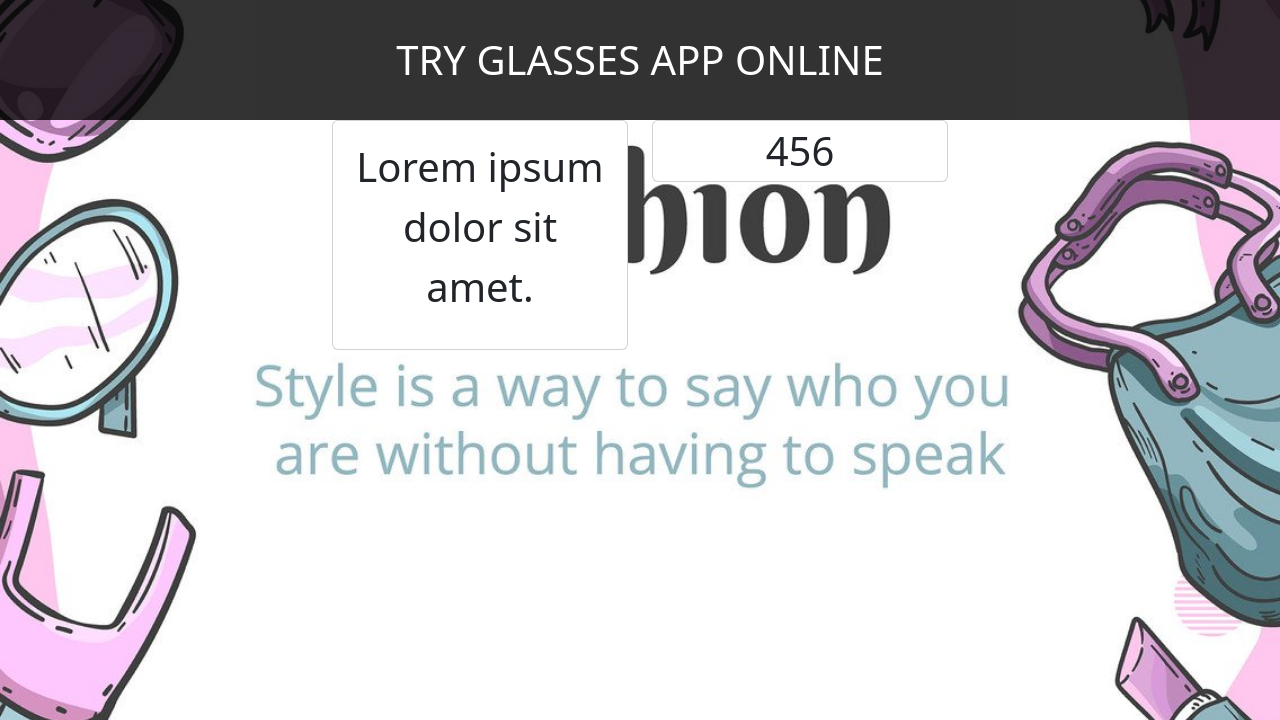
Repository: akira17518/React_JS_Glasses
Page: /
These files come from the project's save history. The page is drawn as it stood at one moment and after a run of saves; the edit follows.
The browser window is 1280 px wide. The pictures show the whole page.
The project was rebuilt for these pictures with package versions that can differ from the ones it lists, and the page was loaded fresh each time.

Above is the page before, as saved 2023-05-10 10:16:46.

### public/index.html
<!DOCTYPE html>
<html lang="en">

<head>
  <meta charset="utf-8" />
  <link rel="icon" href="%PUBLIC_URL%/favicon.ico" />
  <meta name="viewport" content="width=device-width, initial-scale=1" />
  <meta name="theme-color" content="#000000" />
  <meta name="description" content="Web site created using create-react-app" />
  <link rel="apple-touch-icon" href="%PUBLIC_URL%/logo192.png" />
  <!--
      manifest.json provides metadata used when your web app is installed on a
      user's mobile device or desktop. See https://developers.google.com/web/fundamentals/web-app-manifest/
    -->
  <link rel="manifest" href="%PUBLIC_URL%/manifest.json" />
  <link href="https://cdn.jsdelivr.net/npm/bootstrap@5.3.0-alpha3/dist/css/bootstrap.min.css" rel="stylesheet"
    integrity="sha384-KK94CHFLLe+nY2dmCWGMq91rCGa5gtU4mk92HdvYe+M/SXH301p5ILy+dN9+nJOZ" crossorigin="anonymous">
  <!--
      Notice the use of %PUBLIC_URL% in the tags above.
      It will be replaced with the URL of the `public` folder during the build.
      Only files inside the `public` folder can be referenced from the HTML.

      Unlike "/favicon.ico" or "favicon.ico", "%PUBLIC_URL%/favicon.ico" will
      work correctly both with client-side routing and a non-root public URL.
      Learn how to configure a non-root public URL by running `npm run build`.
    -->
  <title>React App</title>
</head>

<body class="">
  <noscript>You need to enable JavaScript to run this app.</noscript>
  <div id="root"></div>
  <!--
      This HTML file is a template.
      If you open it directly in the browser, you will see an empty page.

      You can add webfonts, meta tags, or analytics to this file.
      The build step will place the bundled scripts into the <body> tag.

      To begin the development, run `npm start` or `yarn start`.
      To create a production bundle, use `npm run build` or `yarn build`.
    -->
  <script src="https://cdn.jsdelivr.net/npm/bootstrap@5.3.0-alpha3/dist/js/bootstrap.bundle.min.js"
    integrity="sha384-ENjdO4Dr2bkBIFxQpeoTz1HIcje39Wm4jDKdf19U8gI4ddQ3GYNS7NTKfAdVQSZe"
    crossorigin="anonymous"></script>
</body>

</html>

### src/index.js
import React from 'react';
import ReactDOM from 'react-dom/client';
import App from './App';

const root = ReactDOM.createRoot(document.getElementById('root'));
root.render(
    <App></App>
);

### src/App.js
import React, { Component } from 'react'
import BaiTapSetState from './BTsetState/BaiTapSetState'
import appCSS from './assets/app.module.css'
export default class App extends Component {
    render() {
        return (
            <div className={`${appCSS.app} vh-100`}>
                <BaiTapSetState></BaiTapSetState>
            </div>
        )
    }
}

### src/BTsetState/BaiTapSetState.jsx
import React, { Component } from 'react'
import HeaderComponent from './HeaderComponent'
import Content from './Content'

export default class extends Component {
  render() {
    return (
      <div>
        <div>
          <HeaderComponent></HeaderComponent>
        </div>
        <div className='w-50 m-auto fs-1 text-center'>
          <Content></Content>
        </div>
      </div>
    )
  }
}

### src/assets/app.module.css
.app {
    background:  url(../../public/img/background.jpg);
    background-position: center;
    background-repeat: no-repeat;
    background-size: cover;
}

### src/BTsetState/HeaderComponent.jsx
import React, { Component } from 'react'
import headerStyle from '../assets/header.module.css'
export default class HeaderComponent extends Component {
    render() {
        return (
            <div className={`${headerStyle.header}`}>TRY GLASSES APP ONLINE</div>
        )
    }
}

### src/BTsetState/Content.jsx
import React, { Component } from 'react'

export default class Content extends Component {
  render() {
    return (
      <div className='container'>
        <div className="top-model">
          <div className="row">
            <div className="col-6">
              <div className='card-left card'>
                <img src="" alt="" />
                <div className="card-body">
                  <p>Lorem ipsum dolor sit amet.</p>
                </div>
              </div>
            </div>
            <div className="col-6">
              <div className='card-right card'>
                <img src="" alt="" />
                456
              </div>
            </div>
          </div>
        </div>

      </div>
    )
  }
}

### src/assets/header.module.css
.header {
    background-color: black;
    opacity: 0.8;
    color: #fff;
    text-align: center;
    font-size: 40px;
    padding: 30px;
}

After the next 2 saves:
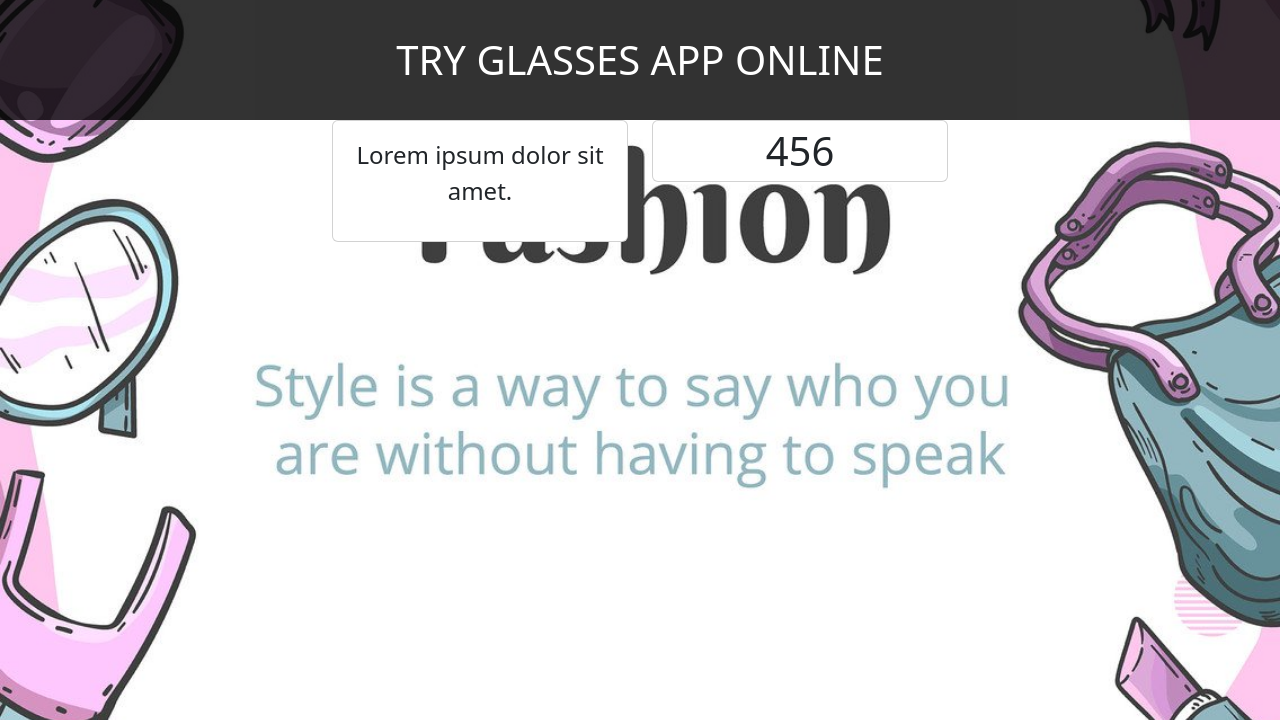
The 2 saves are shown as one change because they came seconds apart.
The last was saved 8 s later.
--- a/src/BTsetState/Content.jsx
+++ b/src/BTsetState/Content.jsx
@@ -9,7 +9,7 @@
             <div className="col-6">
               <div className='card-left card'>
                 <img src="" alt="" />
-                <div className="card-body">
+                <div className="card-body fs-4">
                   <p>Lorem ipsum dolor sit amet.</p>
                 </div>
               </div>
